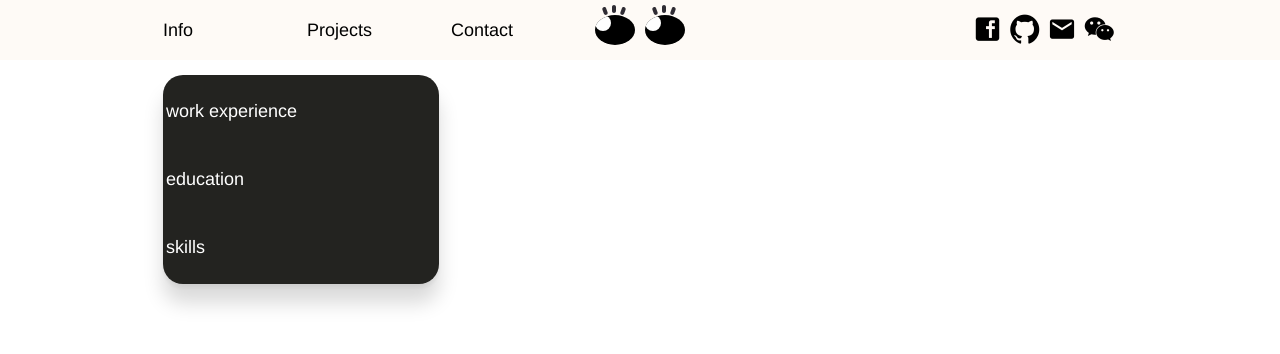
Repository: jinghuai8092/personal_website
Page: /
These files come from the project's save history. The page is drawn as it stood at one moment and after the next save; the edit follows.
The browser window is 1280 px wide. The pictures show the whole page.
The project was rebuilt for these pictures with package versions that can differ from the ones it lists, and the page was loaded fresh each time.

Above is the page before, as saved 2021-09-09 22:37:48.

After the next save:
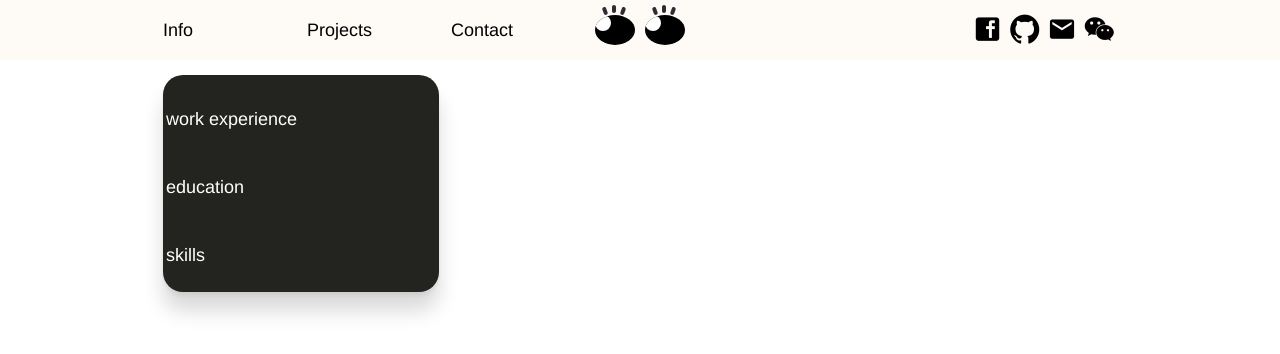
Saved 7 s later.
--- a/src/common/header/header.module.css
+++ b/src/common/header/header.module.css
@@ -85,7 +85,7 @@
 .infoMenu>ul{
     list-style-type: none;
     margin: 0;
-    padding: 2px 3px 3px;
+    padding: 10px 3px 3px;
     background: #232320;
     box-shadow: 0 4px 4px rgb(0 0 0 / 6%), 0 19px 20px rgb(0 0 0 / 15%);
     border-radius: 20px;
